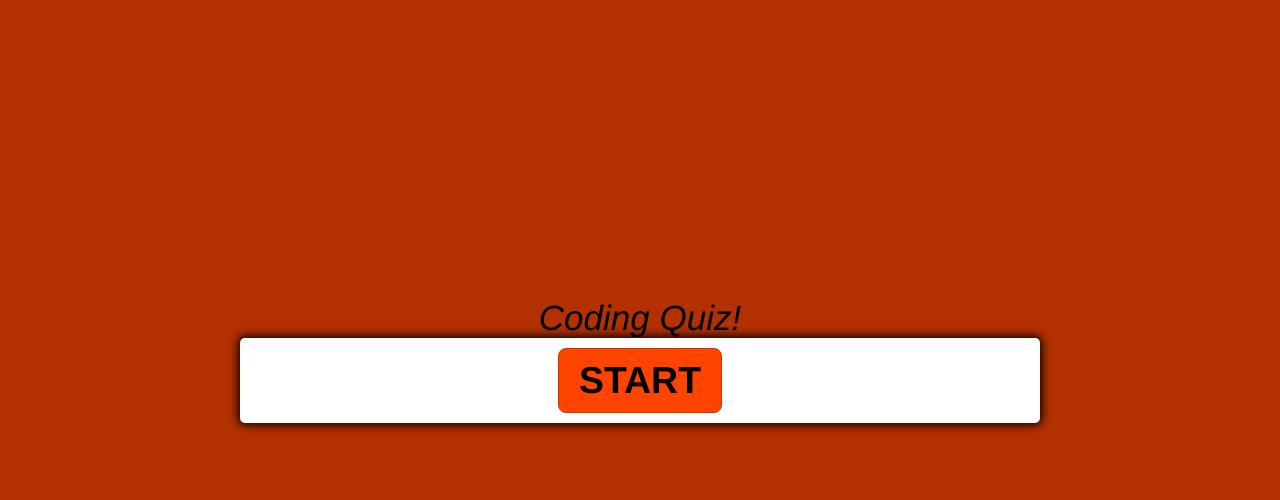
Repository: Vshepard879/Code-Quiz
Page: index.html
These files come from the project's save history. The page is drawn as it stood at one moment and after the next save; the edit follows.
The browser window is 1280 px wide. The pictures show the whole page.

Above is the page before, as saved 2022-03-18 19:46:05.

After the next save:
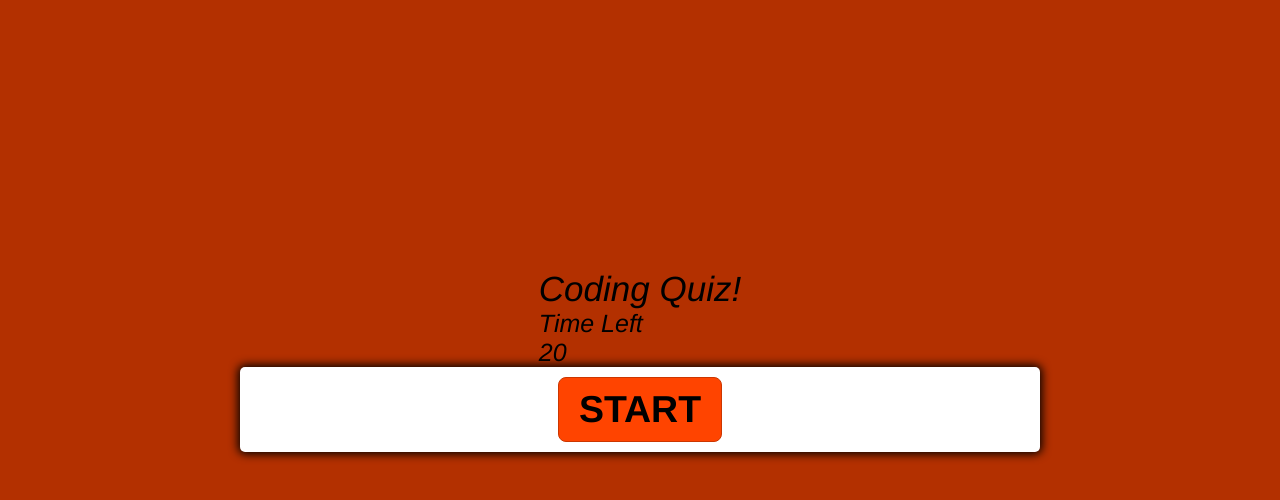
Saved 85 s later.
--- a/index.html
+++ b/index.html
@@ -10,18 +10,15 @@
 </head>
 
 <body>
-    <header>Coding Quiz!</header>
+    <header>Coding Quiz!
+        <div class="timer">
+            <div class="time_text">Time Left</div>
+            <div class="timer_sec">20</div>
+    </header>
 
     <!--Start Quiz Container-->
     <div class="container">
         <div id="question-container" class="hide">
-            <header>
-                <div class="title">Coding Quiz!</div>
-                <div class="timer">
-                    <div class="time_text">Time Left</div>
-                    <div class="timer_sec">20</div>
-                </div>
-            </header>
                 <div id="question">Question</div>
                 <div id="answer-buttons" class="btn-grid">
                 <button class="btn">Answer 1</button>
